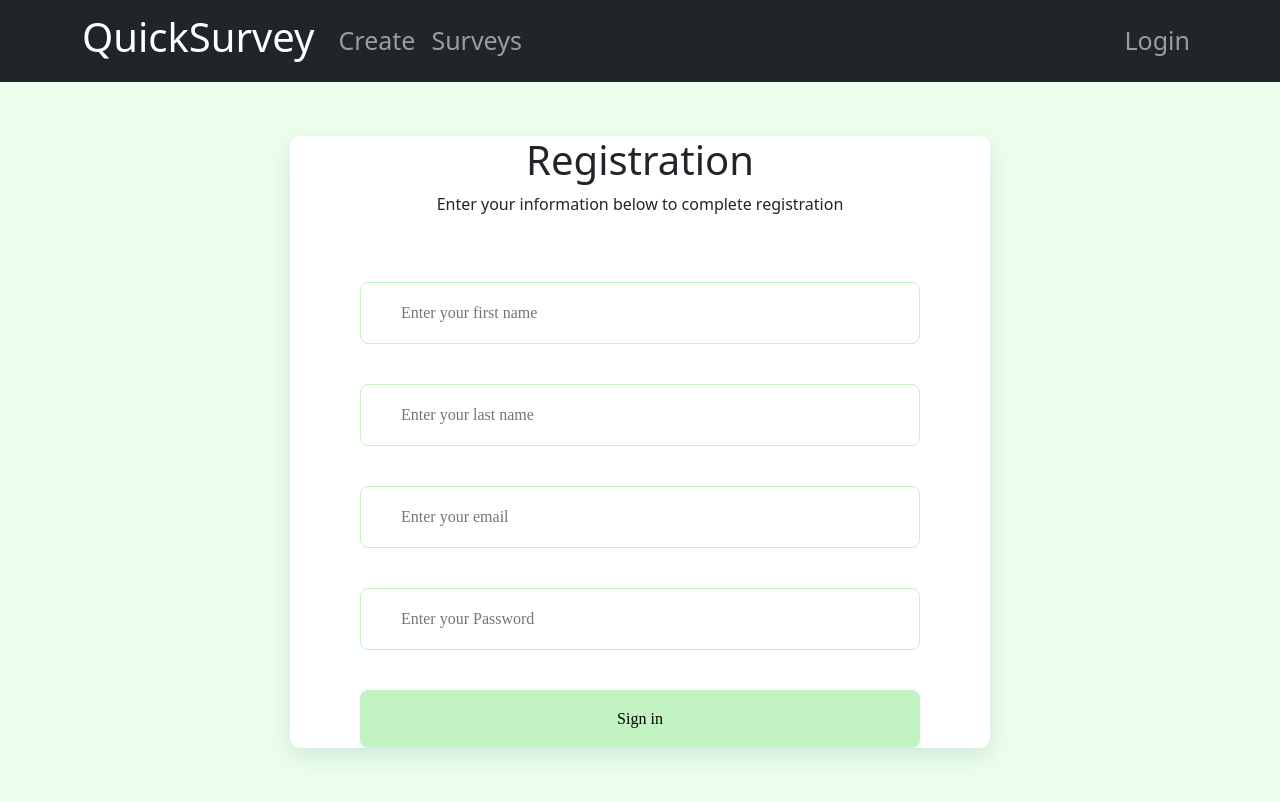
Repository: cakuang1/QuickSurveyReact
Page: /register
These files come from the project's save history. The page is drawn as it stood at one moment and after the next save; the edit follows.
The browser window is 1280 px wide. The pictures show the whole page.
The project was rebuilt for these pictures with package versions that can differ from the ones it lists, and the page was loaded fresh each time. Also part of the build but not shown: src/index.css, src/pages/home/home.js, src/pages/create/create.js, src/pages/pastsurveys/pastsurveys.js, src/pages/login/login.js.

Above is the page before, as saved 2022-07-24 20:52:11.

After the next save:
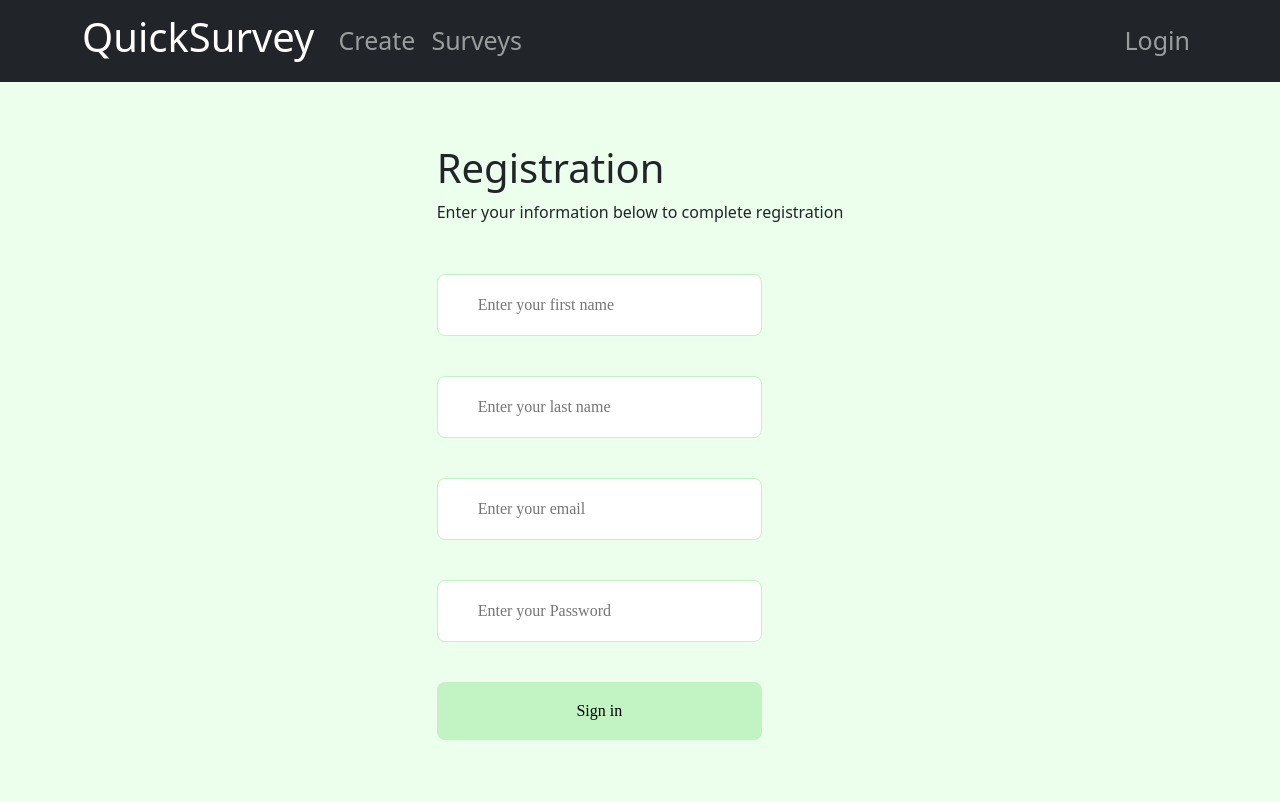
Saved 43 s later.
--- a/src/pages/register/register.js
+++ b/src/pages/register/register.js
@@ -15,7 +15,7 @@ export default function Register() {
     }
     return (
         <div className='test'>
-            <div className='box'>
+            <div className='box2'>
                 <h1 className = "loginheader">
                     Registration
                 </h1>

After the 2 saves that followed:
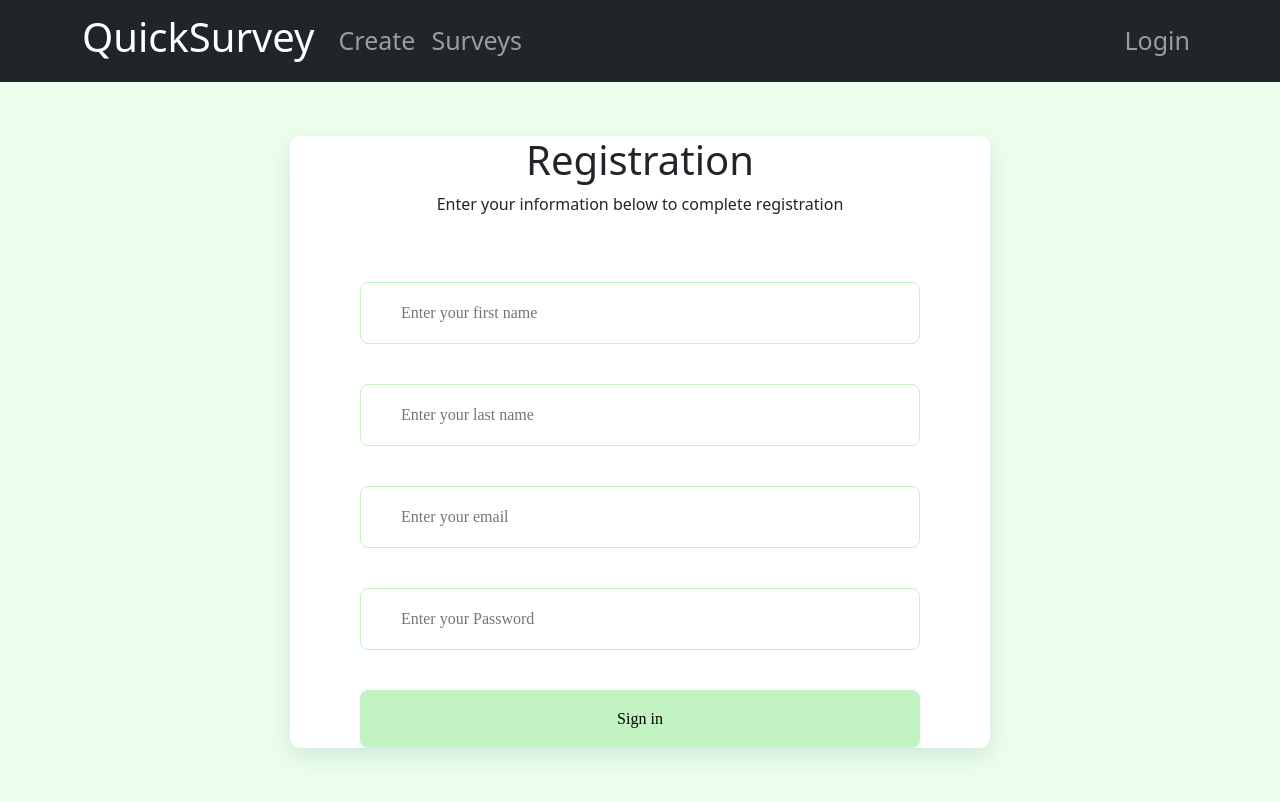
The 2 saves are shown as one change because 1 left the picture as it was.
The last was saved 19 s later.
--- a/src/pages/login/login.css
+++ b/src/pages/login/login.css
@@ -9,6 +9,23 @@ margin: 50px 10px;
 display: flex;
 flex-direction: column;
 align-items: center;
+}
+
+.box2 {
+
+    width: 40vw;
+    min-width: 700px;
+    min-height: 480px;
+    border-radius: 10px;
+    background-color: #fff;
+    box-shadow: #6a839c33 0 8px 24px;
+    margin: 50px 10px;
+    display: flex;
+    flex-direction: column;
+    align-items: center;
+
+
+
 }
 
 body {
